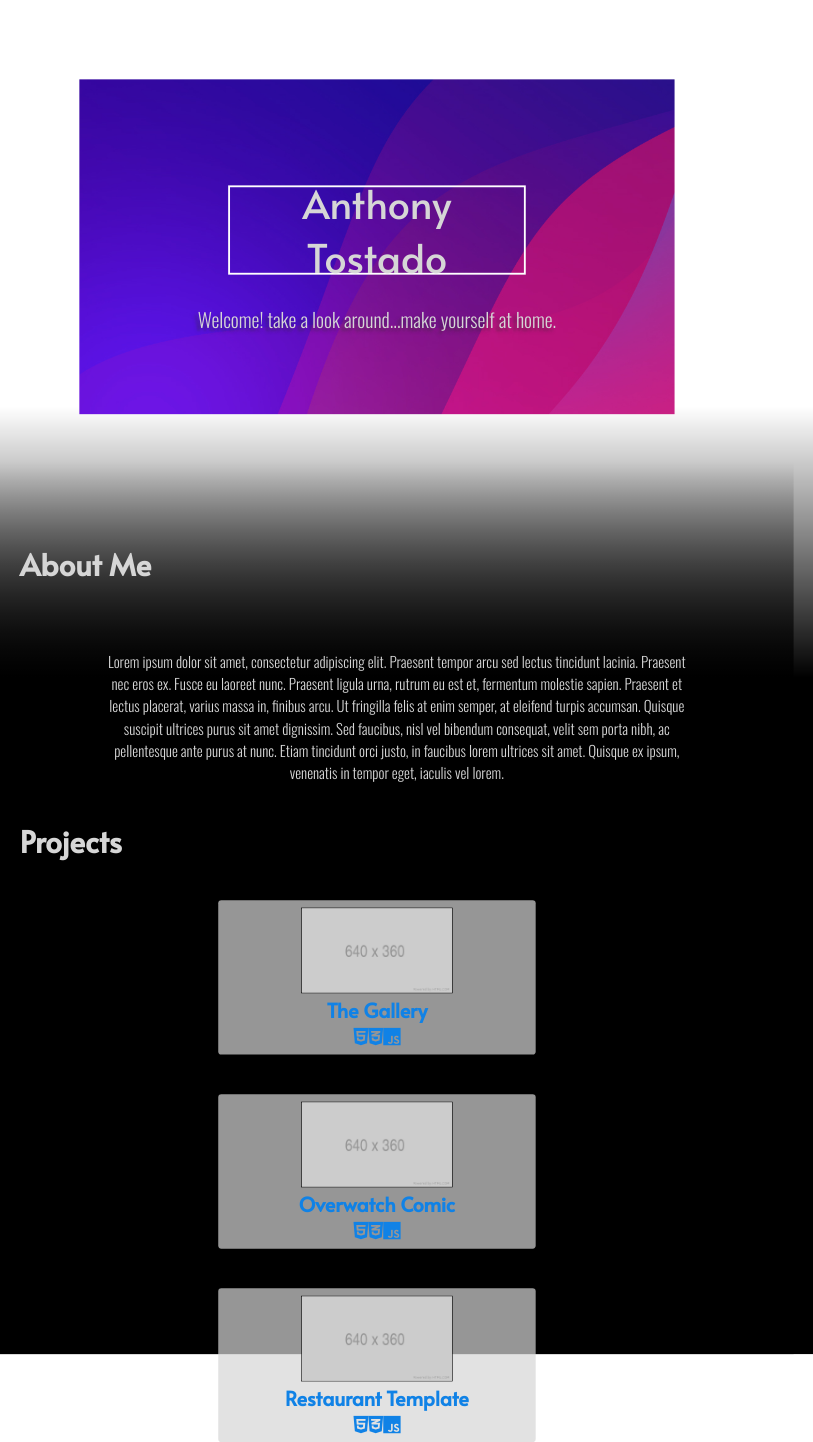
Repository: sloppytony/newport
Page: / (app in portfolio/)
The author's editor kept a copy of each file at every save. The page is drawn from the files as they stood at one save, then again after the next save.
The browser window is 1280 px wide. The page is 1312 px wide, so the pictures cover 1312 px, including what lies to the right of the window. The pictures show the whole page, at 62% of full size.
Some web libraries are served in a nearby version. The project was rebuilt for these pictures with package versions that can differ from the ones it lists, and the page was loaded fresh each time.

Above is the page before, as saved 2020-08-23 15:26:08.

After the next save:
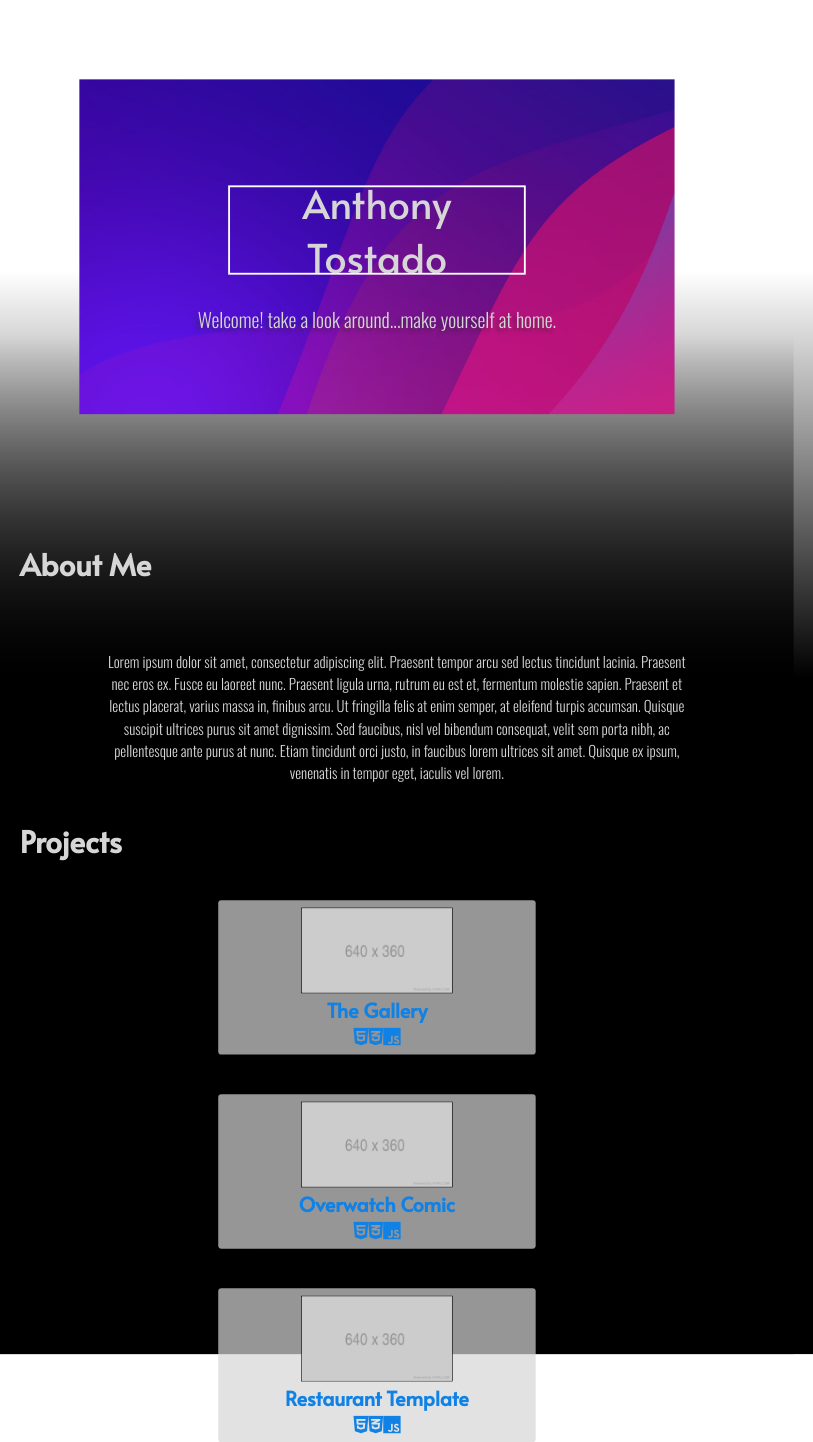
Saved 7 s later.
--- a/portfolio/src/index.css
+++ b/portfolio/src/index.css
@@ -7,7 +7,7 @@
 body {
   background: linear-gradient(
     180deg,
-    rgba(0, 0, 0, 0) 30%,
+    rgba(0, 0, 0, 0) 20%,
     rgba(0, 0, 0, 1) 50%
   );
 }
